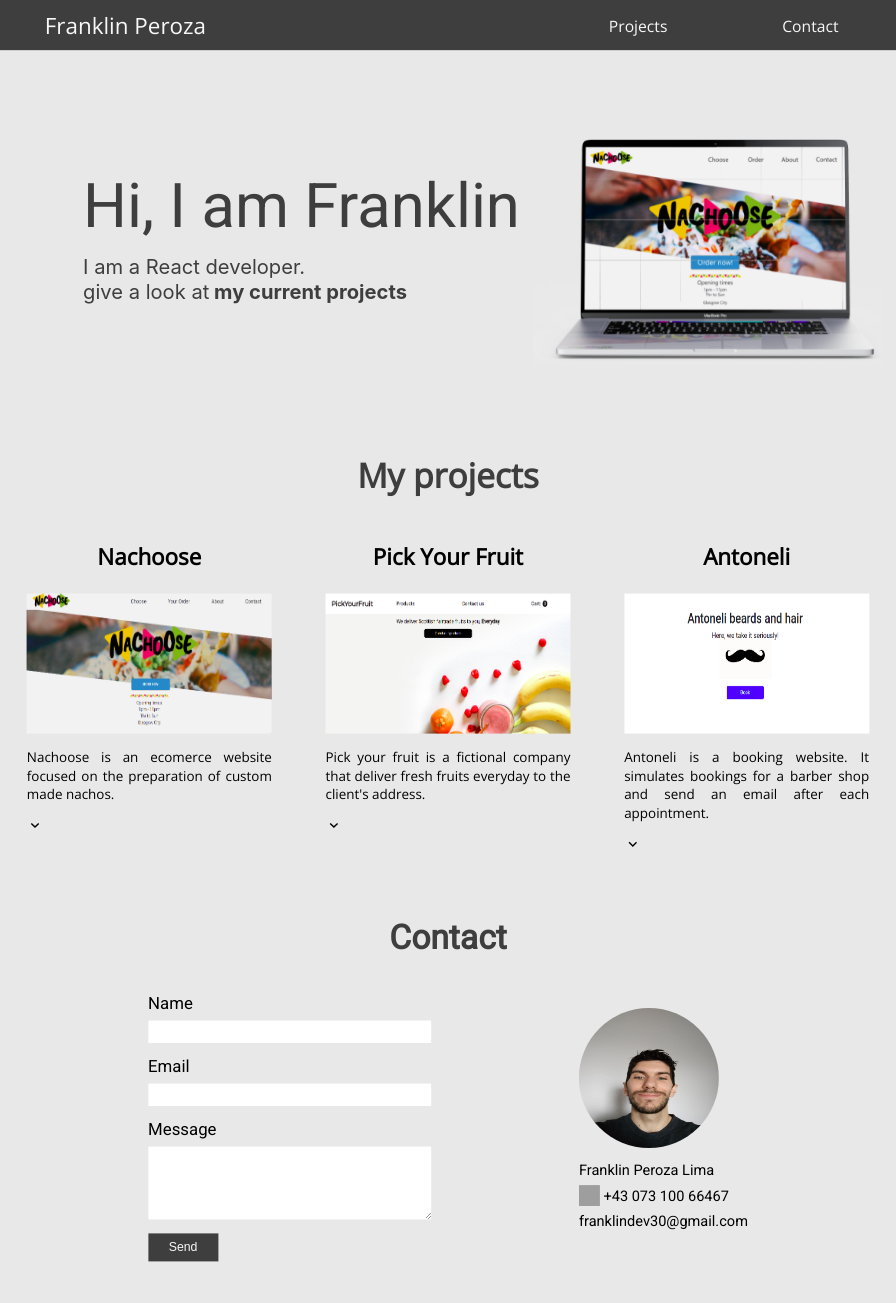
Repository: franklinpl/portfolio
Page: /
An editor plug-in stored every save of this project. The page is shown before and after the next save, followed by the edit.
The browser window is 1280 px wide. The pictures show the whole page, at 70% of full size.
Pictures or frames that could not be fetched are drawn as grey boxes. The project was rebuilt for these pictures with package versions that can differ from the ones it lists, and the page was loaded fresh each time.

Above is the page before, as saved 2022-09-26 22:07:33.

After the next save:
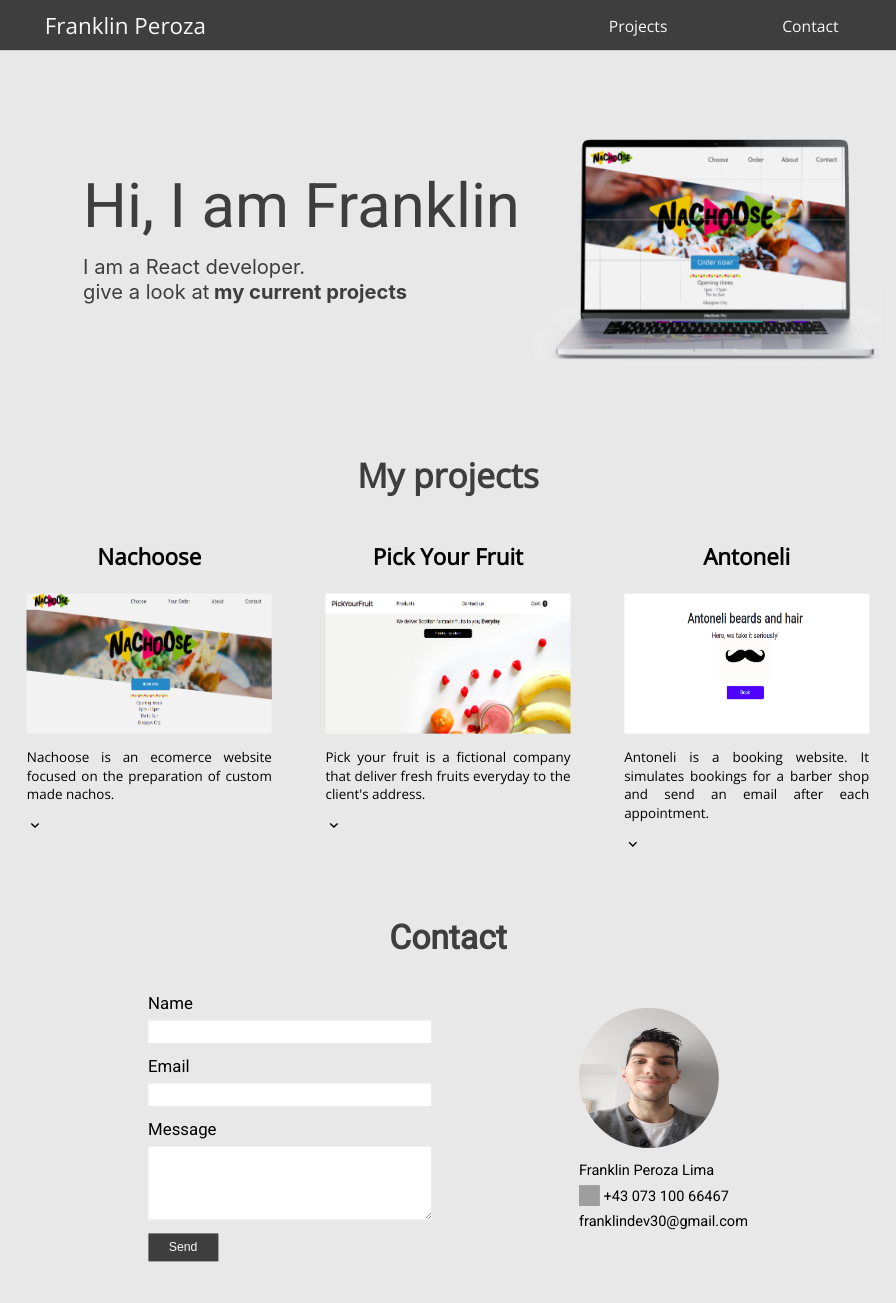
Saved 2 min 11 s later.
--- a/src/components/Contact.js
+++ b/src/components/Contact.js
@@ -1,7 +1,7 @@
 import './Contact.css'
 import {useState} from 'react'
 import * as emailjs from 'emailjs-com'
-import franklinTransparent from '../pictures/franklin_foto.jpeg'
+import franklinTransparent from '../pictures/franklin_foto2.jpeg'
 
 function Contact(){
 
